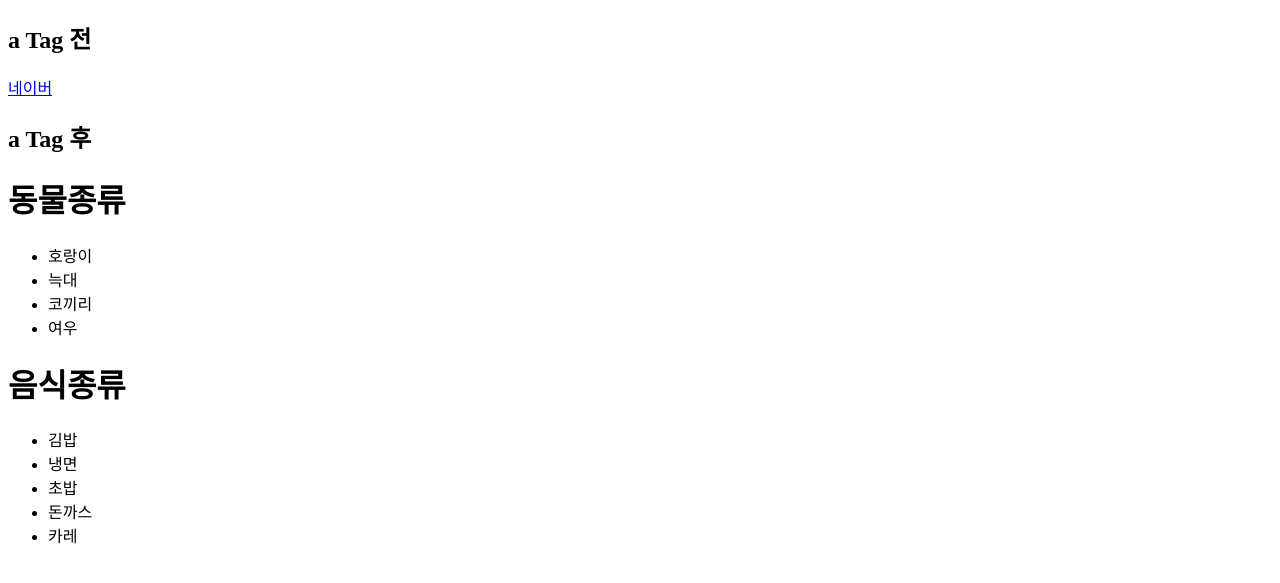
Repository: Jooheehan-kopo/web-workspace
Page: Lecture-web/WebContent/Jquery/exam03(hide).html
An editor plug-in stored every save of this project. The page is shown before and after the next save, followed by the edit.
The browser window is 1280 px wide. The pictures show the whole page.

Above is the page before, as saved 2021-06-16 07:03:32.

After the next save:
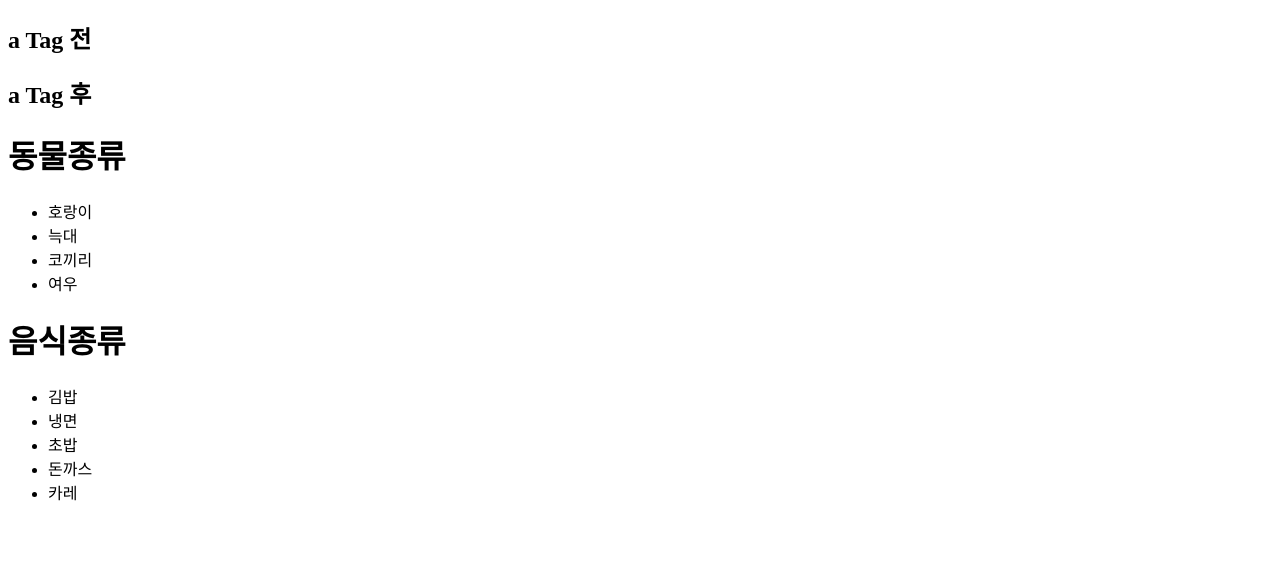
Saved 77 s later.
--- a/Lecture-web/WebContent/Jquery/exam03(hide).html
+++ b/Lecture-web/WebContent/Jquery/exam03(hide).html
@@ -12,7 +12,8 @@
 //	$('ul li:first').hide()  //호랑이만 지워짐. 같은태그라 1번부터 9번까지로 들어감.(하나의 배열)
 //	$('ul li:first-child').hide()  //이렇게 해야 각 h1별 첫번째값들이 사라짐
 //	$('ul li:last-child').hide()   //마지막 값들이 사라짐.
-	$('a[target]').hide()
+	$('a[target]').hide()   //다음 사라짐.
+	$('a[href="http://www.naver.com"]').hide()
 
 })
 </script>

After the save that followed:
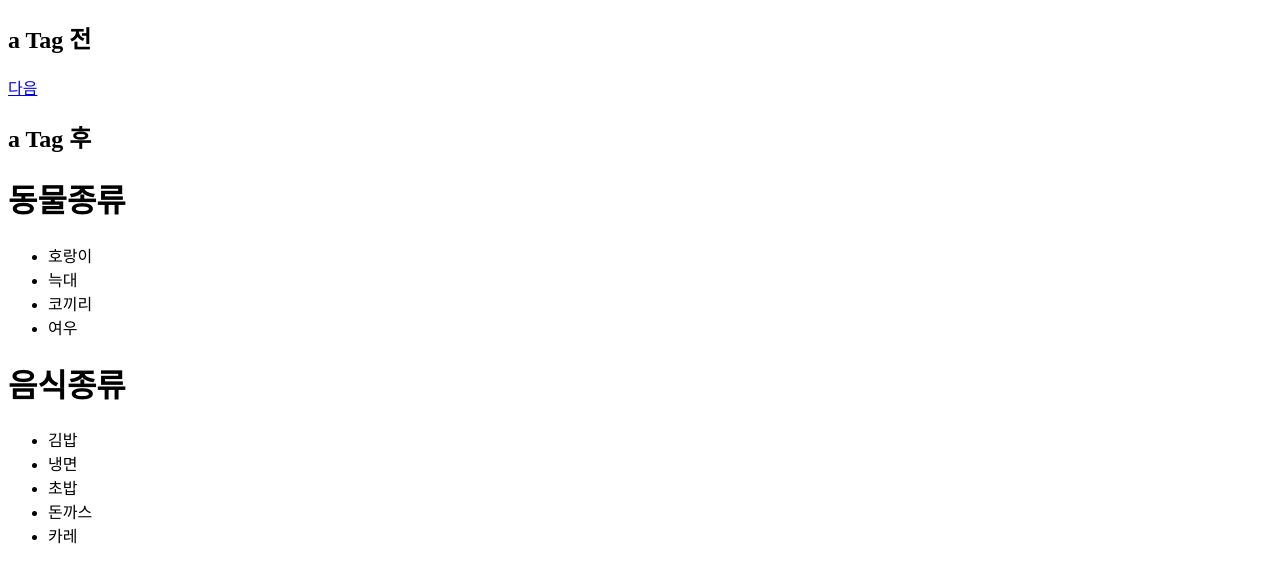
Saved 25 s later.
--- a/Lecture-web/WebContent/Jquery/exam03(hide).html
+++ b/Lecture-web/WebContent/Jquery/exam03(hide).html
@@ -12,7 +12,7 @@
 //	$('ul li:first').hide()  //호랑이만 지워짐. 같은태그라 1번부터 9번까지로 들어감.(하나의 배열)
 //	$('ul li:first-child').hide()  //이렇게 해야 각 h1별 첫번째값들이 사라짐
 //	$('ul li:last-child').hide()   //마지막 값들이 사라짐.
-	$('a[target]').hide()   //다음 사라짐.
+//	$('a[target]').hide()   //다음 사라짐.
 	$('a[href="http://www.naver.com"]').hide()
 
 })
